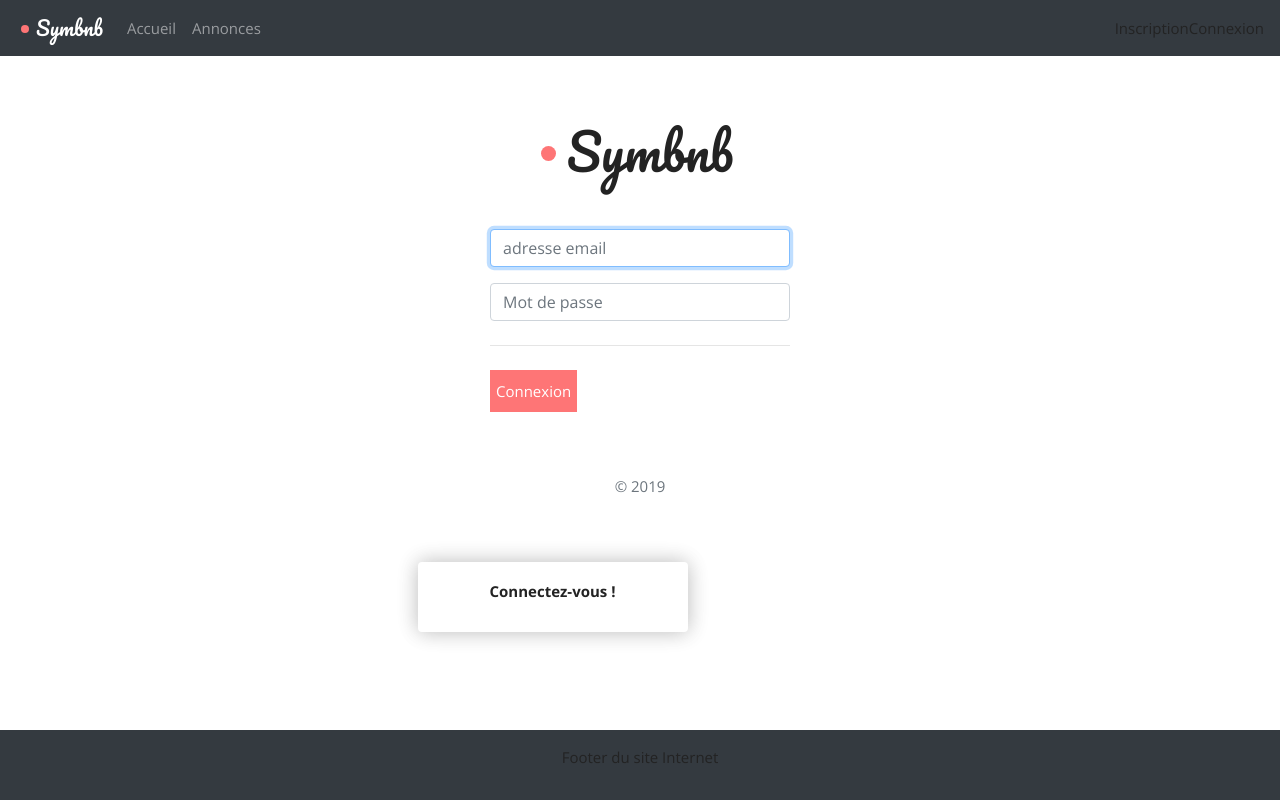
Repository: buzzEclair/symbnb
Page: templates/account/login.html.twig
These files come from the project's save history. The page is drawn as it stood at one moment and after the next save; the edit follows.
The browser window is 1280 px wide. The pictures show the whole page.
The page is a Twig template of a Symfony application; nobody is signed in and links lead nowhere. The template is opened directly, without the code that normally fills it, so the values that code supplies are empty.

Above is the page before, as saved 2019-03-15 14:16:31.

After the next save:
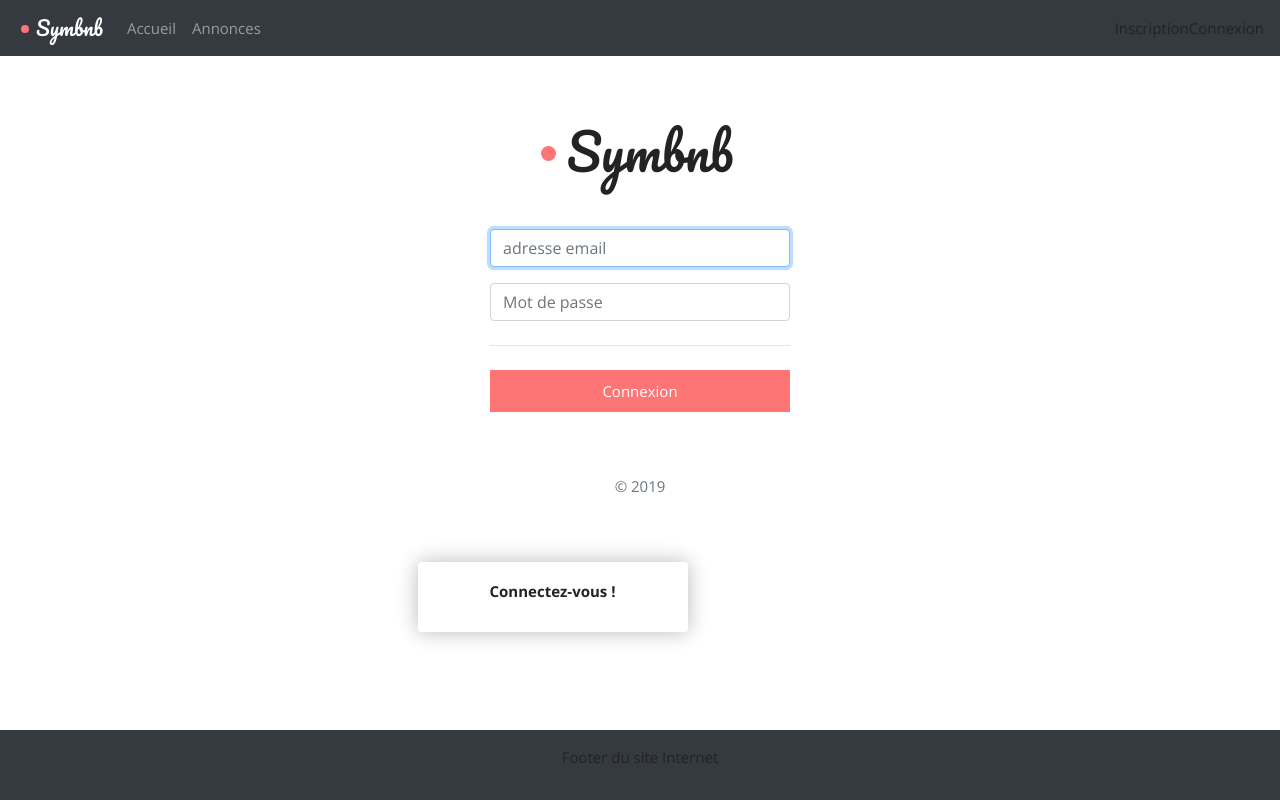
Saved 11 s later.
--- a/public/css/base.css
+++ b/public/css/base.css
@@ -277,4 +277,5 @@ h1.logo::before{
     text-align: center;
     line-height: 40px;
     border: none;
-}
+    width: 100%;
+}
